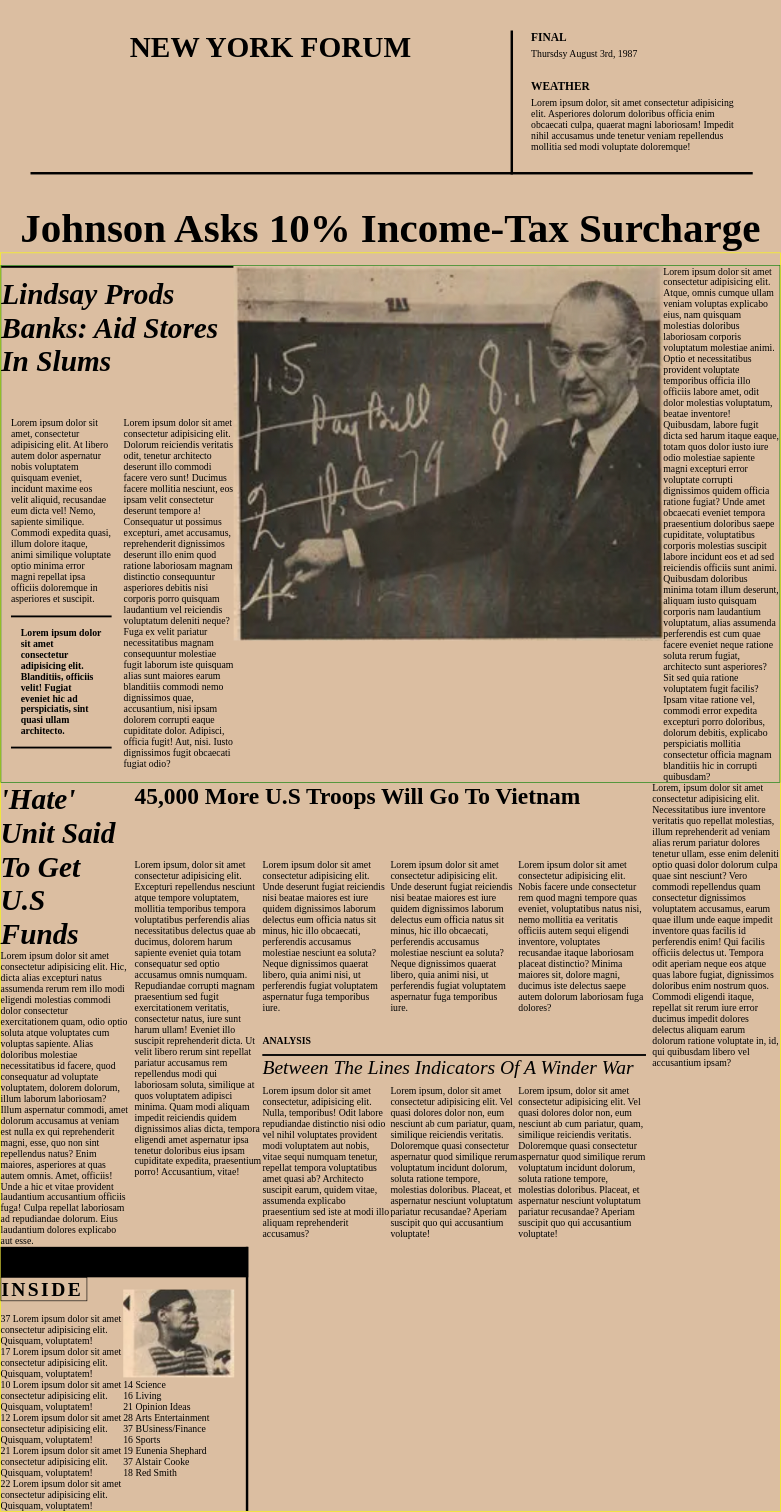
Repository: Arkitecth/newspaper-grid
Page: index.html
These files come from the project's save history. The page is drawn as it stood at one moment and after the next save; the edit follows.
The browser window is 1280 px wide. The pictures show the whole page, at 61% of full size.

Above is the page before, as saved 2023-05-29 22:19:21.

### index.html
<!DOCTYPE html>
<html lang="en">
<head>
    <meta charset="UTF-8">
    <meta http-equiv="X-UA-Compatible" content="IE=edge">
    <meta name="viewport" content="width=device-width, initial-scale=1.0">
    <link rel="stylesheet" href="styles.css">
    <title>News Paper</title>
</head>
<body>
    <header id="header">
        <div>
            <h1>New York Forum</h1>
        </div>
        <div class="aside">
            <h3>Final</h3>
            <p>Thursdsy August 3rd, 1987</p>

            <h3>Weather</h3>
            <p>Lorem ipsum dolor, sit amet consectetur adipisicing elit. Asperiores dolorum doloribus officia enim obcaecati culpa, quaerat magni laboriosam! Impedit nihil accusamus unde tenetur veniam repellendus mollitia sed modi voluptate doloremque!</p>
        </div>
        <div class="divider"></div>
        <div class="divider"></div>
    </header>
    <main>
        <h2>Johnson Asks 10% Income-Tax Surcharge</h2>
        <div class="main-grid">
            <div class="first-row">
                <div class="sub-grid">
                    <h3>Lindsay Prods Banks: Aid Stores in Slums</h3>
                    <div class="sub-row">
                        <div class="left">
                            <p>Lorem ipsum dolor sit amet, consectetur adipisicing elit. At libero autem dolor aspernatur nobis voluptatem quisquam eveniet, incidunt maxime eos velit aliquid, recusandae eum dicta vel! Nemo, sapiente similique. Commodi expedita quasi, illum dolore itaque, animi similique voluptate optio minima error magni repellat ipsa officiis doloremque in asperiores et suscipit.</p>
                            <br>
                            <p class="highlight">Lorem ipsum dolor sit amet consectetur adipisicing elit. Blanditiis, officiis velit! Fugiat eveniet hic ad perspiciatis, sint quasi ullam architecto.</p>
                        </div>
                        <div class="right">
                            <p>Lorem ipsum dolor sit amet consectetur adipisicing elit. Dolorum reiciendis veritatis odit, tenetur architecto deserunt illo commodi facere vero sunt! Ducimus facere mollitia nesciunt, eos ipsam velit consectetur deserunt tempore a! Consequatur ut possimus excepturi, amet accusamus, reprehenderit dignissimos deserunt illo enim quod ratione laboriosam magnam distinctio consequuntur asperiores debitis nisi corporis porro quisquam laudantium vel reiciendis voluptatum deleniti neque? Fuga ex velit pariatur necessitatibus magnam consequuntur molestiae fugit laborum iste quisquam alias sunt maiores earum blanditiis commodi nemo dignissimos quae, accusantium, nisi ipsam dolorem corrupti eaque cupiditate dolor. Adipisci, officia fugit! Aut, nisi. Iusto dignissimos fugit obcaecati fugiat odio?</p>
                        </div>
                    </div>

                </div>

                <div class="middle-content">
                    <img src="assets/teacher.png" alt="teacher teaching stuff">
                </div>

                <div class="right-content">
                    <p>Lorem ipsum dolor sit amet consectetur adipisicing elit. Atque, omnis cumque ullam veniam voluptas explicabo eius, nam quisquam molestias doloribus laboriosam corporis voluptatum molestiae animi. Optio et necessitatibus provident voluptate temporibus officia illo officiis labore amet, odit dolor molestias voluptatum, beatae inventore! Quibusdam, labore fugit dicta sed harum itaque eaque, totam quos dolor iusto iure odio molestiae sapiente magni excepturi error voluptate corrupti dignissimos quidem officia ratione fugiat? Unde amet obcaecati eveniet tempora praesentium doloribus saepe cupiditate, voluptatibus corporis molestias suscipit labore incidunt eos et ad sed reiciendis officiis sunt animi. Quibusdam doloribus minima totam illum deserunt, aliquam iusto quisquam corporis nam laudantium voluptatum, alias assumenda perferendis est cum quae facere eveniet neque ratione soluta rerum fugiat, architecto sunt asperiores? Sit sed quia ratione voluptatem fugit facilis? Ipsam vitae ratione vel, commodi error expedita excepturi porro doloribus, dolorum debitis, explicabo perspiciatis mollitia consectetur officia magnam blanditiis hic in corrupti quibusdam?</p>
                </div>
            </div>


            <div class="second-row">
                <div class="first">
                    <h3>'Hate' Unit Said to Get U.S Funds</h3>
                    <p>Lorem ipsum dolor sit amet consectetur adipisicing elit. Hic, dicta alias excepturi natus assumenda rerum rem illo modi eligendi molestias commodi dolor consectetur exercitationem quam, odio optio soluta atque voluptates cum voluptas sapiente. Alias doloribus molestiae necessitatibus id facere, quod consequatur ad voluptate voluptatem, dolorem dolorum, illum laborum laboriosam? Illum aspernatur commodi, amet dolorum accusamus at veniam est nulla ex qui reprehenderit magni, esse, quo non sint repellendus natus? Enim maiores, asperiores at quas autem omnis. Amet, officiis! Unde a hic et vitae provident laudantium accusantium officiis fuga! Culpa repellat laboriosam ad repudiandae dolorum. Eius laudantium dolores explicabo aut esse.</p>
                </div>
                <div class="middle">
                    <h3>45,000 More U.S Troops will go to vietnam</h3>
                    <div class="middle-grid">
                        <p class="span-paragraph">Lorem ipsum, dolor sit amet consectetur adipisicing elit. Excepturi repellendus nesciunt atque tempore voluptatem, mollitia temporibus tempora voluptatibus perferendis alias necessitatibus delectus quae ab ducimus, dolorem harum sapiente eveniet quia totam consequatur sed optio accusamus omnis numquam. Repudiandae corrupti magnam praesentium sed fugit exercitationem veritatis, consectetur natus, iure sunt harum ullam! Eveniet illo suscipit reprehenderit dicta. Ut velit libero rerum sint repellat pariatur accusamus rem repellendus modi qui laboriosam soluta, similique at quos voluptatem adipisci minima. Quam modi aliquam impedit reiciendis quidem dignissimos alias dicta, tempora eligendi amet aspernatur ipsa tenetur doloribus eius ipsam cupiditate expedita, praesentium porro! Accusantium, vitae!</p>
                        <p>Lorem ipsum dolor sit amet consectetur adipisicing elit. Unde deserunt fugiat reiciendis nisi beatae maiores est iure quidem dignissimos laborum delectus eum officia natus sit minus, hic illo obcaecati, perferendis accusamus molestiae nesciunt ea soluta? Neque dignissimos quaerat libero, quia animi nisi, ut perferendis fugiat voluptatem aspernatur fuga temporibus iure.</p>
                        <p>Lorem ipsum dolor sit amet consectetur adipisicing elit. Unde deserunt fugiat reiciendis nisi beatae maiores est iure quidem dignissimos laborum delectus eum officia natus sit minus, hic illo obcaecati, perferendis accusamus molestiae nesciunt ea soluta? Neque dignissimos quaerat libero, quia animi nisi, ut perferendis fugiat voluptatem aspernatur fuga temporibus iure.</p>
                       <p>Lorem ipsum dolor sit amet consectetur adipisicing elit. Nobis facere unde consectetur rem quod magni tempore quas eveniet, voluptatibus natus nisi, nemo mollitia ea veritatis officiis autem sequi eligendi inventore, voluptates recusandae itaque laboriosam placeat distinctio? Minima maiores sit, dolore magni, ducimus iste delectus saepe autem dolorum laboriosam fuga dolores?</p>
                        <div class="bottom-grid">
                            <h4>Analysis</h4>
                            <h3>Between the Lines Indicators of a Winder War</h3>
                            <div class="last-bottom-row">
                                <p>Lorem ipsum dolor sit amet consectetur, adipisicing elit. Nulla, temporibus! Odit labore repudiandae distinctio nisi odio vel nihil voluptates provident modi voluptatem aut nobis, vitae sequi numquam tenetur, repellat tempora voluptatibus amet quasi ab? Architecto suscipit earum, quidem vitae, assumenda explicabo praesentium sed iste at modi illo aliquam reprehenderit accusamus?</p>
                                <p>Lorem ipsum, dolor sit amet consectetur adipisicing elit. Vel quasi dolores dolor non, eum nesciunt ab cum pariatur, quam, similique reiciendis veritatis. Doloremque quasi consectetur aspernatur quod similique rerum voluptatum incidunt dolorum, soluta ratione tempore, molestias doloribus. Placeat, et aspernatur nesciunt voluptatum pariatur recusandae? Aperiam suscipit quo qui accusantium voluptate!</p>
                                <p>Lorem ipsum, dolor sit amet consectetur adipisicing elit. Vel quasi dolores dolor non, eum nesciunt ab cum pariatur, quam, similique reiciendis veritatis. Doloremque quasi consectetur aspernatur quod similique rerum voluptatum incidunt dolorum, soluta ratione tempore, molestias doloribus. Placeat, et aspernatur nesciunt voluptatum pariatur recusandae? Aperiam suscipit quo qui accusantium voluptate!</p>
                            </div>

                        </div>

                    </div>

                </div>
                <div class="last">
                    <p>Lorem, ipsum dolor sit amet consectetur adipisicing elit. Necessitatibus iure inventore veritatis quo repellat molestias, illum reprehenderit ad veniam alias rerum pariatur dolores tenetur ullam, esse enim deleniti optio quasi dolor dolorum culpa quae sint nesciunt? Vero commodi repellendus quam consectetur dignissimos voluptatem accusamus, earum quae illum unde eaque impedit inventore quas facilis id perferendis enim! Qui facilis officiis delectus ut. Tempora odit aperiam neque eos atque quas labore fugiat, dignissimos doloribus enim nostrum quos. Commodi eligendi itaque, repellat sit rerum iure error ducimus impedit dolores delectus aliquam earum dolorum ratione voluptate in, id, qui quibusdam libero vel accusantium ipsam?</p>
                </div>
            </div>




            <div class="third-row">
                <div class="first-column">
                    <div class="first">
                        <h3>Inside</h3>
                        <p>37 Lorem ipsum dolor sit amet consectetur adipisicing elit. Quisquam, voluptatem!</p>
                        <p>17 Lorem ipsum dolor sit amet consectetur adipisicing elit. Quisquam, voluptatem!</p>
                        <p>10 Lorem ipsum dolor sit amet consectetur adipisicing elit. Quisquam, voluptatem!</p>
                        <p>12 Lorem ipsum dolor sit amet consectetur adipisicing elit. Quisquam, voluptatem!</p>
                        <p>21 Lorem ipsum dolor sit amet consectetur adipisicing elit. Quisquam, voluptatem!</p>
                        <p>22 Lorem ipsum dolor sit amet consectetur adipisicing elit. Quisquam, voluptatem!</p>
                    </div>
                    <div class="second">
                        <img class="person-img" src="assets/person.png" alt="Newspaper">
                        <p>14 Science</p>
                        <p>16 Living</p>
                        <p>21 Opinion Ideas</p>
                        <p>28 Arts Entertainment</p>
                        <p>37 BUsiness/Finance</p>
                        <p>16 Sports</p>
                        <p>19 Eunenia Shephard</p>
                        <p>37 Alstair Cooke</p>
                        <p>18 Red Smith</p>
                    </div>
                </div>

                <div class="second-column">

                </div>

                <div class="third-column">

                </div>

            </div>
        </div>
    </main>

</body>
</html>

### styles.css
* {
    padding: 0;
    margin: 0;
}

body {
    background-color: #dbbea1;
    max-width: 1500px;
}

h1,h3 {
    text-transform: uppercase;
}
#header {
    padding: 3.125rem;
    display: grid;
    grid-template-columns: 2fr 1fr;
}


/* Header */
#header h1 {
    text-align: center;
    font-size: 3rem;
}

h2 {
    text-align: center;
    width: 100%;
    font-size: 4.2rem;
}

.aside {
    border-left: 4px solid black;
    padding-left: 30px;
}

.aside p {
    padding-top: 0.5rem;
    margin-bottom: 2rem;
}

.divider {
    border: 2px solid black;
    width: 100%;
}

.main-grid{
    display: grid;
    grid-template-rows: auto auto auto;
    padding-top: 20px;
    border: 1px solid yellow

}

/* First Row */
.first-row {
    display: grid;
    grid-template-columns: 2fr 3fr 1fr;
    border: 1px solid green;
}



.sub-grid {
    display: grid;
    grid-template-rows: auto;
    gap: 20px;
}

.sub-row {
    display: grid;
    grid-template-columns: 1fr 1fr;
    gap: 20px;
}

.sub-grid  h3 {
    font-size: 3rem;
    font-style: italic;
    border-top: 3px solid black;
    padding-bottom: 1.5rem;
    padding-top: 1rem;
    text-transform: capitalize;

}
.left{
    padding-left: 1rem;
}

.highlight {
    font-weight: bold;
    border-top: 3px solid black;
    padding: 1rem;
    border-bottom: 3px solid black;
}


/* Second Row */
.second-row {
    display: grid;
    grid-template-columns: 1fr 4fr 1fr;
    gap: 10px;
}


.first h3 {
    font-size: 3rem;
    font-style: italic;
    text-transform: capitalize;
}

.middle {
    display: grid;
    grid-template-rows: auto;
    row-gap: 10px;
}

.middle-grid {
    display: grid;
    grid-template-columns: 1fr 1fr 1fr 1fr;
    gap: 2px;
}

.middle h3 {
    font-size: 2.4rem;
    text-transform: capitalize;
}

.bottom-grid {
    display: grid;
    grid-template-rows: auto auto auto;
    grid-row: 2 ;
    grid-column: 2/span 4;
}

.bottom-grid h3 {
    font-style: italic;
    font-size: 2rem;
    font-weight: lighter;
}
.bottom-grid h4 {
    text-transform: uppercase;
    border-bottom: 3px solid black;
}

.last-bottom-row {
    display: grid;
    grid-template-columns: 1fr 1fr 1fr;
}

.span-paragraph {
    grid-row: 1 / span 2;
}

/* Third Row */
.third-row {
    display: grid;
    grid-template-columns: 1fr 1fr 1fr;
    gap: 30px;
}

.first-column {
    display: grid;
    grid-template-columns: 1fr 1fr;
    border-right: 4px solid black;
    border-top: 4px solid black;
    border-top-width: 50px;
}

.first-column h3{
    font-style: normal;
    font-size: 2rem;
    letter-spacing: 0.25rem;
    border: 1px solid black;
    width: 140px;
    margin-bottom: 20px;
    text-transform: uppercase;
}
.person-img {
    margin-top: 20px;
}

After the next save:
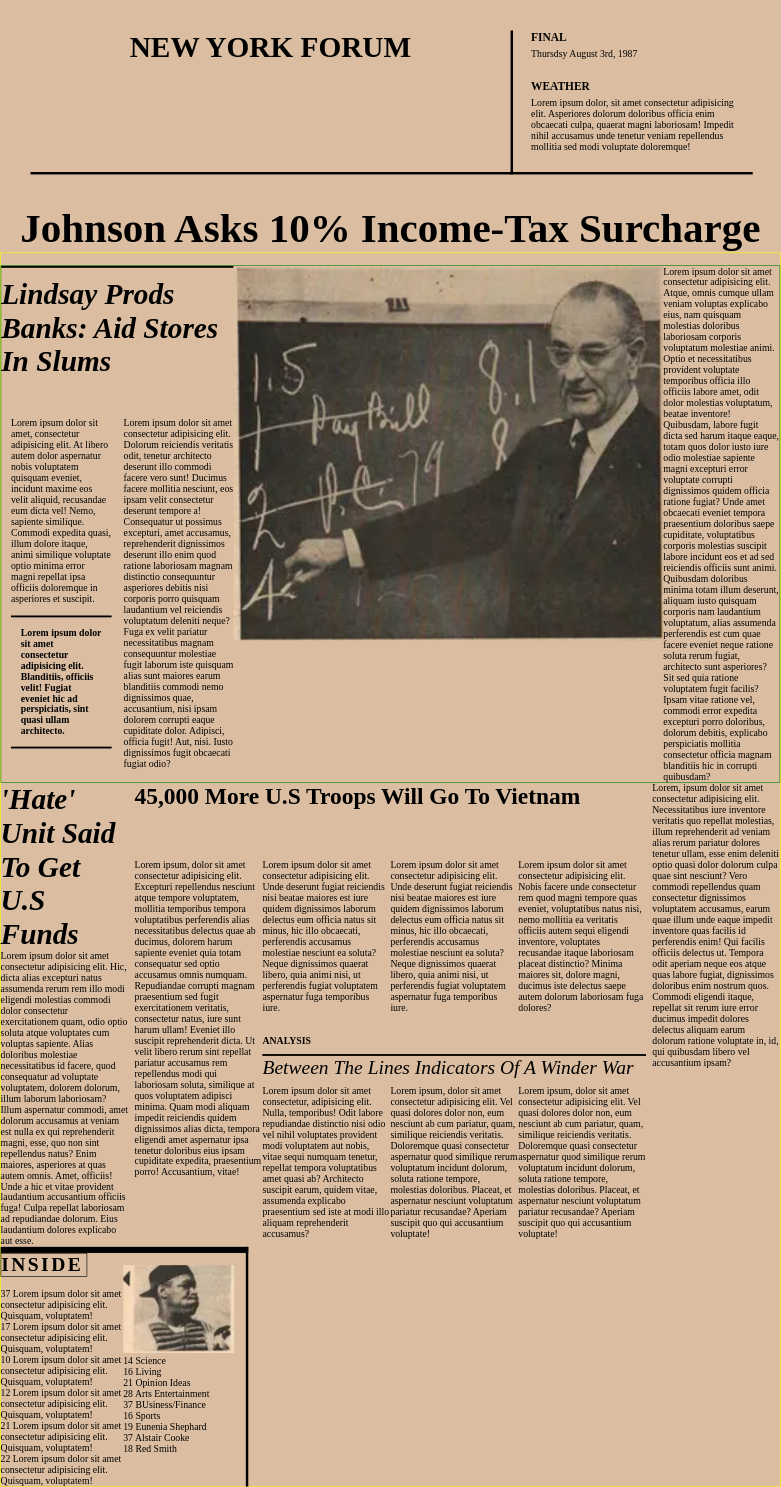
Saved 42 s later.
--- a/styles.css
+++ b/styles.css
@@ -164,7 +164,7 @@
     grid-template-columns: 1fr 1fr;
     border-right: 4px solid black;
     border-top: 4px solid black;
-    border-top-width: 50px;
+    border-top-width: 10px;
 }
 
 .first-column h3{
